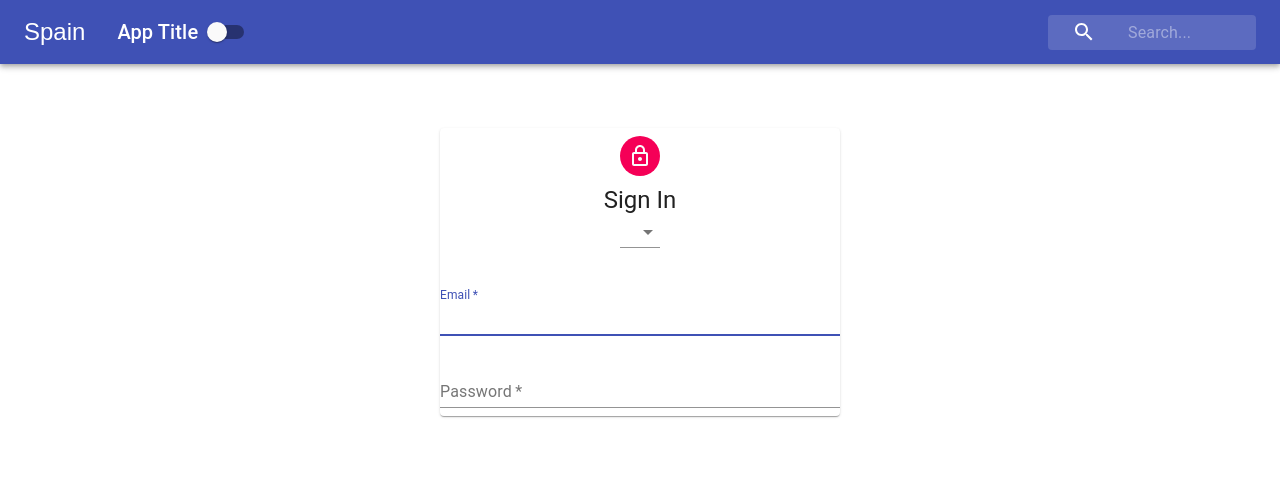
Repository: zhapar/context
Page: /
An editor plug-in stored every save of this project. The page is shown before and after the next save, followed by the edit.
The browser window is 1280 px wide. The pictures show the whole page.
The project was rebuilt for these pictures with package versions that can differ from the ones it lists, and the page was loaded fresh each time.

Above is the page before, as saved 2020-09-29 08:27:38.

### src/App.js
import React from "react";
import Navbar from "./Navbar";
import Form from "./Form";

function App() {
  return (
    <>
      <Navbar />
      <Form />
    </>
  );
}

export default App;

### src/Navbar.js
import React, { Component } from "react";
import AppBar from "@material-ui/core/AppBar";
import Toolbar from "@material-ui/core/Toolbar";
import IconButton from "@material-ui/core/IconButton";
import Typography from "@material-ui/core/Typography";
import InputBase from "@material-ui/core/InputBase";
import SearchIcon from "@material-ui/icons/Search";
import Switch from "@material-ui/core/Switch";
import { withStyles } from "@material-ui/core/styles";
import styles from "./styles/NavBarStyles";

class Navbar extends Component {
  render() {
    const { classes } = this.props;
    return (
      <div className={classes.root}>
        <AppBar position="static" color="primary">
          <Toolbar>
            <IconButton className={classes.menuButton} color="inherit">
              <span>Spain</span>
            </IconButton>
            <Typography className={classes.title} variant="h6" color="inherit">
              App Title
            </Typography>
            <Switch />
            <div className={classes.grow}></div>
            <div className={classes.search}>
              <div className={classes.searchIcon}>
                <SearchIcon />
              </div>
              <InputBase
                placeholder="Search..."
                classes={{
                  root: classes.inputRoot,
                  input: classes.inputInput,
                }}
              />
            </div>
          </Toolbar>
        </AppBar>
      </div>
    );
  }
}

export default withStyles(styles)(Navbar);

### src/Form.js
import React, { Component } from "react";
import Avatar from "@material-ui/core/Avatar";
import Button from "@material-ui/core/Button";
import CssBaseline from "@material-ui/core/CssBaseline";
import FormControl from "@material-ui/core/FormControl";
import FormControlLabel from "@material-ui/core/FormControlLabel";
import Checkbox from "@material-ui/core/Checkbox";
import Input from "@material-ui/core/Input";
import InputLabel from "@material-ui/core/InputLabel";
import LockOutlinedIcon from "@material-ui/icons/LockOutlined";
import Paper from "@material-ui/core/Paper";
import Typography from "@material-ui/core/Typography";
import MenuItem from "@material-ui/core/MenuItem";
import Select from "@material-ui/core/Select";
import withStyles from "@material-ui/core/styles/withStyles";
import styles from "./styles/FormStyles";

class Form extends Component {
  render() {
    const { classes } = this.props;
    return (
      <main className={classes.main}>
        <Paper className={classes.paper}>
          <Avatar className={classes.avatar}>
            <LockOutlinedIcon />
          </Avatar>
          <Typography variant="h5">Sign In</Typography>
          <Select>
            <MenuItem>English</MenuItem>
            <MenuItem>French</MenuItem>
            <MenuItem>Spanish</MenuItem>
          </Select>
          <form className={classes.form}>
            <FormControl margin="normal" required fullWidth>
              <InputLabel htmlFor="email">Email</InputLabel>
              <Input id="email" name="email" autoFocus />
            </FormControl>
            <FormControl margin="normal" required fullWidth>
              <InputLabel htmlFor="password">Password</InputLabel>
              <Input id="password" name="password" />
            </FormControl>
          </form>
        </Paper>
      </main>
    );
  }
}

export default withStyles(styles)(Form);

### src/styles/NavBarStyles.js
import { fade } from "@material-ui/core/styles/colorManipulator";

const styles = (theme) => ({
  root: {
    width: "100%",
    marginBottom: 0,
  },
  grow: {
    flexGrow: 1,
  },
  menuButton: {
    marginLeft: "-12px",
    marginRight: "20px",
  },
  title: {
    display: "none",
    [theme.breakpoints.up("sm")]: {
      display: "block",
    },
  },
  search: {
    position: "relative",
    borderRadius: theme.shape.borderRadius,
    backgroundColor: fade(theme.palette.common.white, 0.15),
    "&:hover": {
      backgroundColor: fade(theme.palette.common.white, 0.25),
    },
    marginLeft: 0,
    width: "100%",
    [theme.breakpoints.up("sm")]: {
      marginLeft: theme.spacing.unit,
      width: "auto",
    },
  },
  searchIcon: {
    width: theme.spacing.unit * 9,
    height: "100%",
    position: "absolute",
    display: "flex",
    alignItems: "center",
    justifyContent: "center",
  },
  inputRoot: {
    color: "inherit",
    width: "100%",
  },
  inputInput: {
    paddingTop: theme.spacing.unit,
    paddingRight: theme.spacing.unit,
    paddingBottom: theme.spacing.unit,
    paddingLeft: theme.spacing.unit * 10,
    transition: theme.transitions.create("width"),
    width: "100%",
    [theme.breakpoints.up("sm")]: {
      width: "120px",
      "&:focus": {
        width: "200px",
      },
    },
  },
});

export default styles;

### src/styles/FormStyles.js
const styles = (theme) => ({
  main: {
    width: "auto",
    display: "block",
    marginLeft: theme.spacing.unit * 3,
    marginRight: theme.spacing.unit * 3,
    [theme.breakpoints.up("md")]: {
      width: 400,
      marginLeft: "auto",
      marginRight: "auto",
    },
  },
  paper: {
    marginTop: theme.spacing.unit * 8,
    display: "flex",
    flexDirection: "column",
    alignItems: "center",
  },
  avatar: {
    margin: theme.spacing.unit,
    backgroundColor: theme.palette.secondary.main,
  },
  form: {
    width: "100%",
    marginTop: theme.spacing.unit * 3,
  },
});

export default styles;

Loaded but not shown: public/index.html (common file); src/index.js (common file); src/index.css (common file); src/serviceWorker.js (common file)

After the next save:
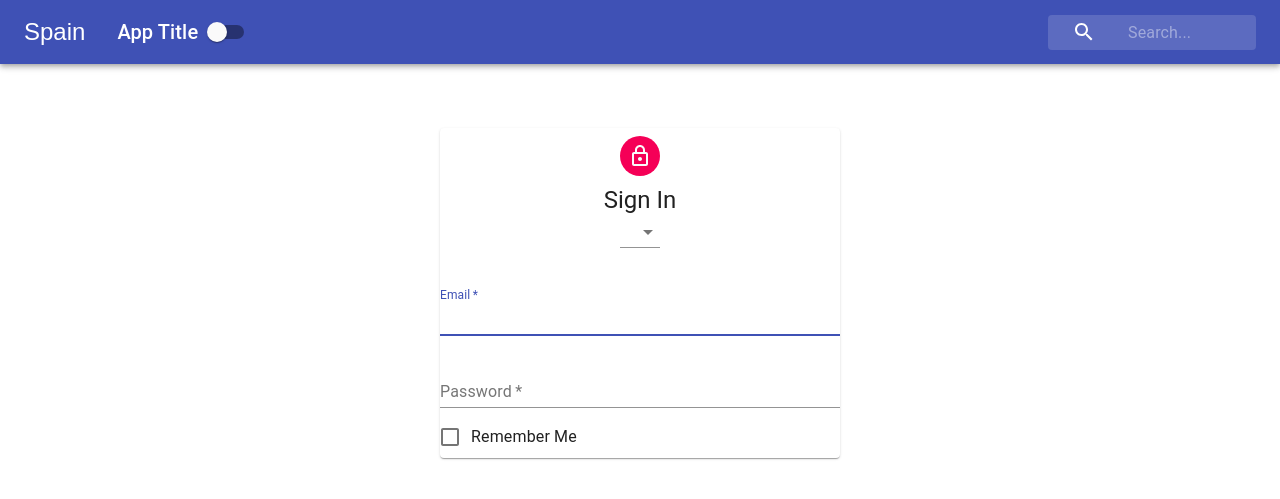
Saved 2 min 2 s later.
--- a/src/Form.js
+++ b/src/Form.js
@@ -39,6 +39,10 @@ class Form extends Component {
               <InputLabel htmlFor="password">Password</InputLabel>
               <Input id="password" name="password" />
             </FormControl>
+            <FormControlLabel
+              control={<Checkbox color="primary" />}
+              label="Remember Me"
+            />
           </form>
         </Paper>
       </main>
